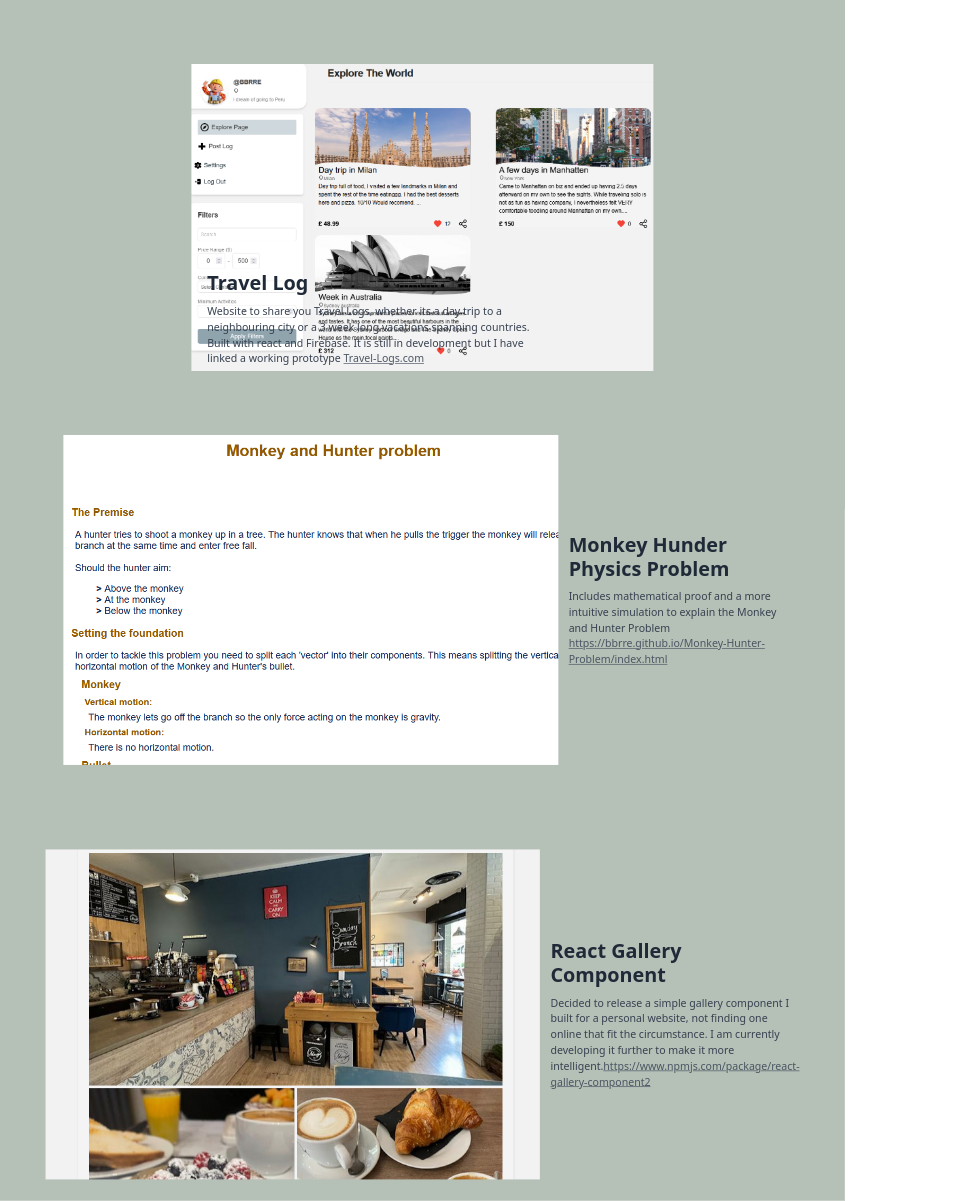
Repository: BBRRE/Portfolio-V2
Page: /#/Computer-Sci
These files come from the project's save history. The page is drawn as it stood at one moment and after the next save; the edit follows.
The browser window is 1280 px wide. The page is 1280 px wide, then 1477 px, then 1280 px, so the pictures cover 1477 px, including what lies to the right of the window. The pictures show the whole page, at 66% of full size.
Some web fonts or font styles are not loaded; a fallback is used. The project was rebuilt for these pictures with package versions that can differ from the ones it lists, and the page was loaded fresh each time. Also part of the build but not shown: vite.config.js, src/Subjects/Archi.jsx, src/Subjects/EEng.jsx, src/Subjects/Other.jsx, src/Projects Overview.jsx, src/HomePage.jsx, src/ErrorBoundary.jsx.

Above is the page before, as saved 2024-11-29 09:09:38.

After the next save:
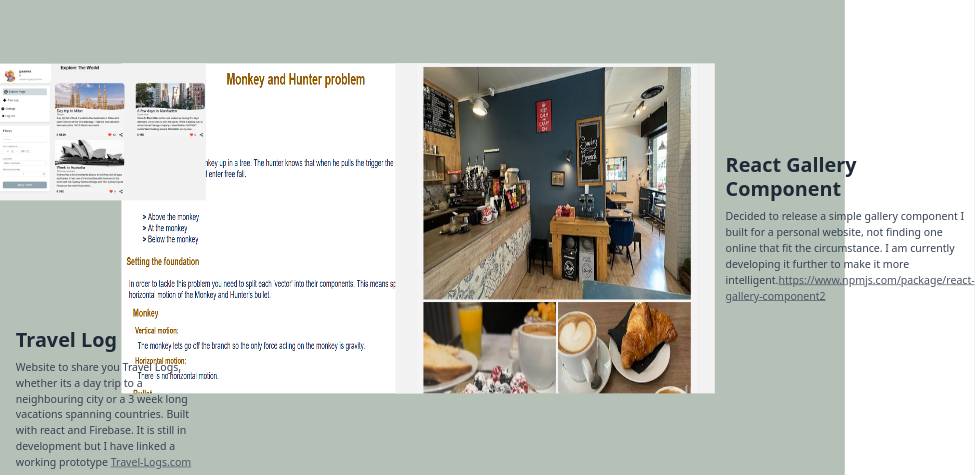
Saved 13 s later.
--- a/src/Subjects/CompSci.jsx
+++ b/src/Subjects/CompSci.jsx
@@ -5,7 +5,7 @@
 
 const CompSci = () => {
   return (
-    <div className='bg-[#B5C0B7] w-full h-auto min-h-screen grid grid-cols-1'>
+    <div className='bg-[#B5C0B7] w-full h-auto min-h-screen flex'>
       <div className='relative mx-auto mt-24 w-[700px]'>
         <img src={cs} />
         <div className=" absolute bottom-2 left-2 flex flex-col ml-4 gap-3 justify-center">

After the save that followed:
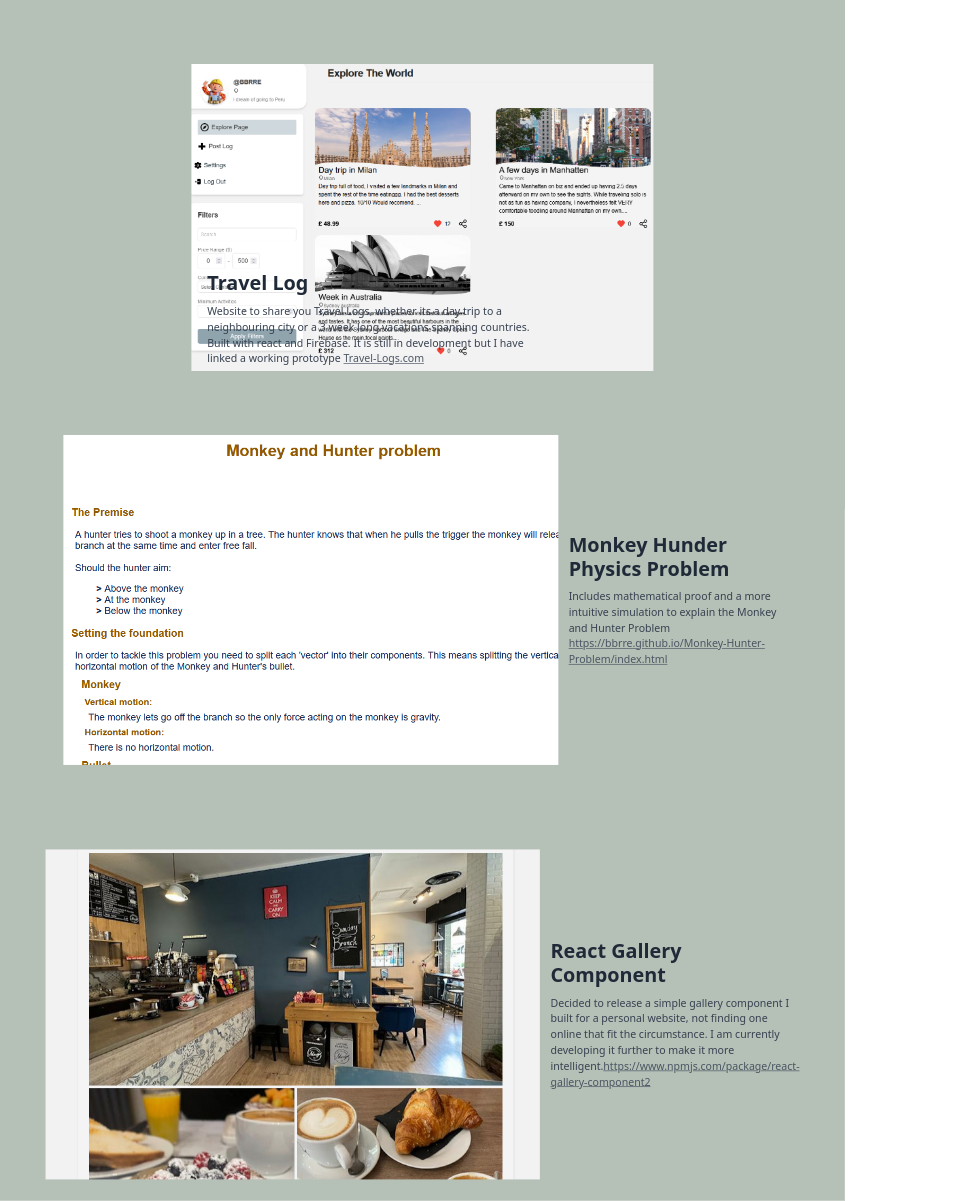
Saved 5 s later.
--- a/src/Subjects/CompSci.jsx
+++ b/src/Subjects/CompSci.jsx
@@ -5,7 +5,7 @@
 
 const CompSci = () => {
   return (
-    <div className='bg-[#B5C0B7] w-full h-auto min-h-screen flex'>
+    <div className='bg-[#B5C0B7] w-full h-auto min-h-screen grid grid-cols-1'>
       <div className='relative mx-auto mt-24 w-[700px]'>
         <img src={cs} />
         <div className=" absolute bottom-2 left-2 flex flex-col ml-4 gap-3 justify-center">
